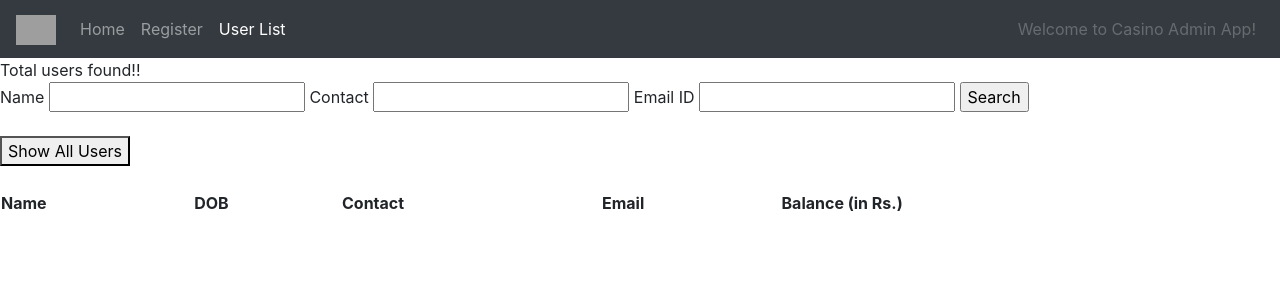
Repository: piyushrulesyou/CasinoGameApplication
Page: http://localhost/adminPanel/UsersList.jsp
An editor plug-in stored every save of this project. The page is shown before and after the next save, followed by the edit.
The browser window is 1280 px wide. The pictures show the whole page.
Pictures or frames that could not be fetched are drawn as grey boxes. The page is served by Tomcat 9. Nobody is signed in. The application's start-up code is not run. Other server files are loaded and not shown.

Above is the page before, as saved 2019-11-01 06:03:04.

### AdminPanel/adminPanel/src/main/webapp/UsersList.jsp
<%@ taglib uri="http://java.sun.com/jsp/jstl/core" prefix="c"%>

<%@ page language="java" contentType="text/html; charset=ISO-8859-1"
	pageEncoding="ISO-8859-1" isELIgnored="false"%>

<!DOCTYPE html>
<html>
<head>
<title>UsersList</title>
<meta charset="utf-8">

<meta name="viewport" content="width=device-width, initial-scale=1">


<link rel="stylesheet"
	href="https://maxcdn.bootstrapcdn.com/bootstrap/4.3.1/css/bootstrap.min.css">
<script
	src="https://ajax.googleapis.com/ajax/libs/jquery/3.4.1/jquery.min.js"></script>
<script
	src="https://cdnjs.cloudflare.com/ajax/libs/popper.js/1.14.7/umd/popper.min.js"></script>
<script
	src="https://maxcdn.bootstrapcdn.com/bootstrap/4.3.1/js/bootstrap.min.js"></script>
</head>
<body>

	<nav class="navbar navbar-expand-sm bg-dark navbar-dark">
		<!-- 	<nav class="navbar navbar-expand-sm navbar-light bg-faded"> -->
		<a class="navbar-brand" href="index.jsp"> <img
			src="https://www.slotnite.com/images/sliders/livecasino/casino1.png"
			alt="logo" style="width: 40px;">
		</a>

		<!-- Links -->
		<ul class="navbar-nav mr-auto">
			<li class="nav-item"><a class="nav-link" href="index.jsp">Home</a></li>
			<li class="nav-item"><a class="nav-link" href="register">Register</a></li>
			<li class="nav-item"><a class="nav-link active" href="">User
					List</a></li>
		</ul>
		<ul class="navbar-nav">
			<li class="nav-item"><span class="nav-link disabled">Welcome
					to Casino Admin App!</span></li>
		</ul>
	</nav>

	Total ${listOfUsers.size()} users found!!

	<form action="filterUsers" method="post">
		Name <input type="text" id="filterName" name="filterName">
		Contact <input type="number" id="filterContact" name="filterContact">
		Email ID <input type="text" id="filterEMail" name="filterEMail">
		<input type="submit" value="Search">
	</form>
	<br>
	<button>Show All Users</button>

	<c:if test="${listOfUsers.size() == 0}">
		<div class="alert alert-danger">No Users Found!!</div>
	</c:if>

	<br>
	<br>

	<c:if test="${listOfUsers.size() != 0}">

		<table width="100%" class="w3-table-all w3-centered">
			<tr>
				<th>Name</th>
				<th>DOB</th>
				<th>Contact</th>
				<th>Email</th>
				<th>Balance (in Rs.)</th>
				<!-- 			<th>Actions</th> -->
			</tr>

			<c:forEach items="${listOfUsers}" var="eachUser">

				<tr>
					<td>${eachUser.customerName}</td>
					<td>${eachUser.dateOfBirth}</td>
					<td>${eachUser.contactNumber}</td>
					<td>${eachUser.emailID}</td>
					<td>${eachUser.accountBalance}</td>

					<!-- 				<td><a -->
					<%-- 					href="edit?employeeCode=${item.employeeCode}&hrName=${hrName}"><button --%>
					<!-- 							class="buttonEdit">Edit</button></a> <a -->
					<%-- 					href="delete?employeeName=${item.employeeName}&employeeCode=${item.employeeCode}&hrName=${hrName}"><button --%>
					<!-- 							class="buttonDelete">Delete</button></a></td> -->

				</tr>
			</c:forEach>
		</table>
	</c:if>

</body>
</html>

After the next save:
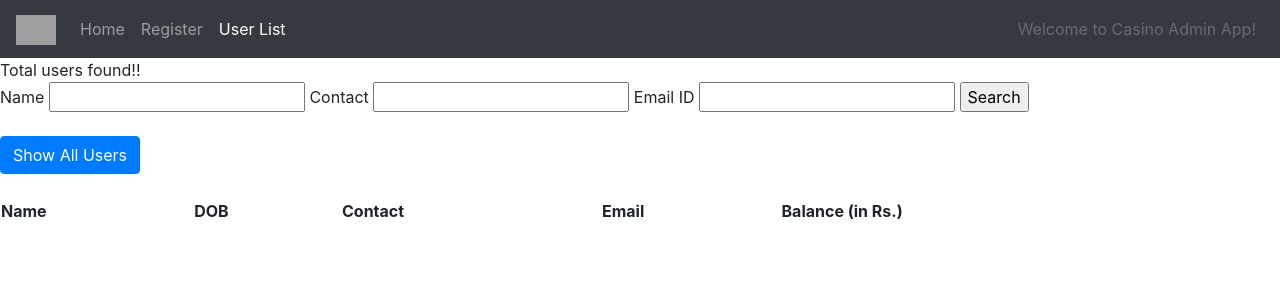
Saved 13 s later.
--- a/AdminPanel/adminPanel/src/main/webapp/UsersList.jsp
+++ b/AdminPanel/adminPanel/src/main/webapp/UsersList.jsp
@@ -52,7 +52,7 @@
 		<input type="submit" value="Search">
 	</form>
 	<br>
-	<button>Show All Users</button>
+	<button class="btn btn-primary">Show All Users</button>
 
 	<c:if test="${listOfUsers.size() == 0}">
 		<div class="alert alert-danger">No Users Found!!</div>
